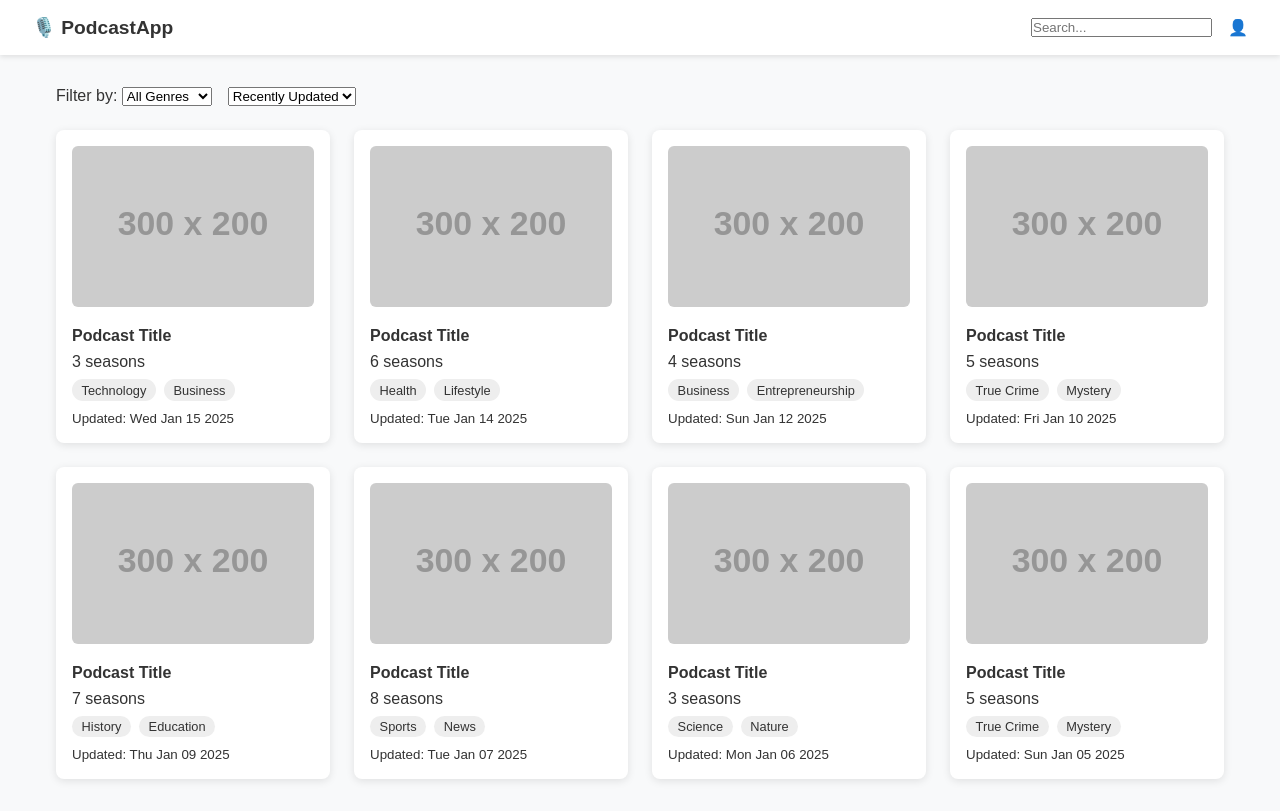
Repository: andajonas/ANDJON25111_fto2505_A_Anda-Jonas_DJS01
Page: index.html
These files come from the project's save history. The page is drawn as it stood at one moment and after the next save; the edit follows.
The browser window is 1280 px wide. The pictures show the whole page.

Above is the page before, as saved 2025-09-03 18:23:54.

### index.html
<!DOCTYPE html>
<html lang="en">
<head>
  <meta charset="UTF-8">
  <title>PodcastApp</title>
  <link rel="stylesheet" href="styles.css">
</head>
<body>
  <header class="navbar">
    <div class="logo">🎙️ PodcastApp</div>
    <div class="search-profile">
      <input type="text" placeholder="Search...">
      <div class="profile">👤</div>
    </div>
  </header>

  <main class="container">
    <!-- Filters -->
    <div class="filters">
      <label>Filter by:
        <select id="genreFilter">
          <option value="all">All Genres</option>
          <option value="Technology">Technology</option>
          <option value="Business">Business</option>
          <option value="Comedy">Comedy</option>
          <option value="History">History</option>
        </select>
      </label>
      <select id="sortFilter">
        <option value="recent">Recently Updated</option>
        <option value="seasons">Most Seasons</option>
      </select>
    </div>

    <!-- Podcast Grid -->
    <div id="podcastGrid" class="grid"></div>
  </main>

  <!-- Modal -->
  <div id="podcastModal" class="modal hidden">
    <div class="modal-content">
      <span class="close">&times;</span>
      <div id="modalBody"></div>
    </div>
  </div>

  <script src="app.js"></script>
</body>
</html>

### styles.css
* {
    box-sizing: border-box;
    margin: 0;
    padding: 0;
    font-family: Arial, sans-serif;
  }

  body {
    background: #f8f9fa;
    color: #333;
  }

  .navbar {
    display: flex;
    justify-content: space-between;
    align-items: center;
    padding: 1rem 2rem;
    background: white;
    box-shadow: 0 2px 5px rgba(0,0,0,0.1);
  }

  .logo {
    font-weight: bold;
    font-size: 1.2rem;
  }

  .search-profile {
    display: flex;
    align-items: center;
    gap: 1rem;
  }

  .container {
    max-width: 1200px;
    margin: 2rem auto;
    padding: 0 1rem;
  }

  .filters {
    display: flex;
    gap: 1rem;
    margin-bottom: 1.5rem;
  }

  .grid {
    display: grid;
    grid-template-columns: repeat(auto-fill, minmax(250px, 1fr));
    gap: 1.5rem;
  }

  .card {
    background: white;
    padding: 1rem;
    border-radius: 8px;
    box-shadow: 0 2px 8px rgba(0,0,0,0.1);
    cursor: pointer;
    transition: transform 0.2s ease;
  }
  .card:hover {
    transform: translateY(-5px);
  }

  .card img {
    width: 100%;
    border-radius: 6px;
    margin-bottom: 1rem;
  }

  .card .title {
    font-weight: bold;
    margin-bottom: 0.5rem;
  }

  .tags {
    display: flex;
    gap: 0.5rem;
    flex-wrap: wrap;
    margin: 0.5rem 0;
  }

  .tag {
    background: #eee;
    padding: 0.2rem 0.6rem;
    border-radius: 12px;
    font-size: 0.8rem;
  }

  /* Modal */
  .modal {
    position: fixed;
    top: 0;
    left: 0;
    width: 100%;
    height: 100%;
    background: rgba(0,0,0,0.6);
    display: flex;
    justify-content: center;
    align-items: center;
    z-index: 1000;
  }

  .modal.hidden {
    display: none;
  }

  .modal-content {
    background: white;
    width: 600px;
    max-width: 95%;
    padding: 2rem;
    border-radius: 10px;
    position: relative;
  }

  .modal-content img {
    width: 200px;
    margin-bottom: 1rem;
  }

  .close {
    position: absolute;
    right: 1rem;
    top: 1rem;
    font-size: 1.5rem;
    cursor: pointer;
  }
  /* Modal Layout */
.modal-content {
    background: white;
    width: 700px;
    max-width: 95%;
    padding: 2rem;
    border-radius: 12px;
    position: relative;
    max-height: 90vh;
    overflow-y: auto;
  }

  .modal-header {
    display: flex;
    gap: 1.5rem;
    margin-bottom: 1.5rem;
  }

  .modal-header img {
    width: 180px;
    height: 180px;
    border-radius: 8px;
    object-fit: cover;
  }

  .modal-details h2 {
    margin-bottom: 0.8rem;
  }

  .modal-details p {
    margin-bottom: 1rem;
    line-height: 1.5;
  }

  .modal-details .tags {
    margin: 0.5rem 0 1rem 0;
  }

  .updated {
    display: flex;
    align-items: center;
    gap: 0.5rem;
    font-size: 0.9rem;
    color: #555;
  }

  /* Seasons list */
  .seasons {
    margin-top: 2rem;
  }

  .season-item {
    border: 1px solid #ddd;
    border-radius: 8px;
    padding: 1rem;
    margin-bottom: 1rem;
    display: flex;
    justify-content: space-between;
    align-items: center;
  }

  .season-info {
    flex: 1;
  }

  .season-info h4 {
    margin-bottom: 0.4rem;
  }

  .season-episodes {
    font-size: 0.9rem;
    color: #666;
  }

### app.js
const podcasts = [
    {
      title: "Podcast Title",
      seasons: 3,
      genres: ["Technology", "Business"],
      updated: "2025-01-15",
      cover: "https://via.placeholder.com/300x200",
      description: "Join us every week as we dive into the latest technology trends, innovations, and industry insights. From artificial intelligence and machine learning to startup culture and digital transformation, we explore the forces shaping our digital future. Each episode features expert interviews, case studies, and actionable insights for professionals and enthusiasts alike.",
      seasonList: [
        { name: "Season 1: Getting Started", desc: "Introduction to the fundamentals", episodes: 12 },
        { name: "Season 2: Advanced Topics", desc: "Deep dives into complex subjects", episodes: 15 },
        { name: "Season 1: Industry Insights", desc: "Expert perspectives and case studies", episodes: 18 },
        { name: "Season 1: Future Trends", desc: "What's coming next in tech", episodes: 20 },
      ]
    },
    {
      title: "Podcast Title",
      seasons: 5,
      genres: ["True Crime", "Mystery"],
      updated: "2025-01-10",
      cover: "https://via.placeholder.com/300x200",
      description: "Join us every week as we dive into the latest technology trends, innovations, and industry insights. From artificial intelligence and machine learning to startup culture and digital transformation, we explore the forces shaping our digital future. Each episode features expert interviews, case studies, and actionable insights for professionals and enthusiasts alike.",
      seasonList: [
        { name: "Season 1: Getting Started", desc: "Introduction to the fundamentals", episodes: 12 },
        { name: "Season 2: Advanced Topics", desc: "Deep dives into complex subjects", episodes: 15 },
        { name: "Season 1: Industry Insights", desc: "Expert perspectives and case studies", episodes: 18 },
        { name: "Season 1: Future Trends", desc: "What's coming next in tech", episodes: 20 },
      ]
    },
    {
      title: "Podcast Title",
      seasons: 4,
      genres: ["Business", "Entrepreneurship"],
      updated: "2025-01-12",
      cover: "https://via.placeholder.com/300x200",
      description: "Join us every week as we dive into the latest technology trends, innovations, and industry insights. From artificial intelligence and machine learning to startup culture and digital transformation, we explore the forces shaping our digital future. Each episode features expert interviews, case studies, and actionable insights for professionals and enthusiasts alike.",
      seasonList: [
        { name: "Season 1: Getting Started", desc: "Introduction to the fundamentals", episodes: 12 },
        { name: "Season 2: Advanced Topics", desc: "Deep dives into complex subjects", episodes: 15 },
        { name: "Season 1: Industry Insights", desc: "Expert perspectives and case studies", episodes: 18 },
        { name: "Season 1: Future Trends", desc: "What's coming next in tech", episodes: 20 },
      ]
    },
    {
      title: "Podcast Title",
      seasons: 5,
      genres: ["True Crime", "Mystery"],
      updated: "2025-01-05",
      cover: "https://via.placeholder.com/300x200",
      description: "Join us every week as we dive into the latest technology trends, innovations, and industry insights. From artificial intelligence and machine learning to startup culture and digital transformation, we explore the forces shaping our digital future. Each episode features expert interviews, case studies, and actionable insights for professionals and enthusiasts alike.",
      seasonList: [
        { name: "Season 1: Getting Started", desc: "Introduction to the fundamentals", episodes: 12 },
        { name: "Season 2: Advanced Topics", desc: "Deep dives into complex subjects", episodes: 15 },
        { name: "Season 1: Industry Insights", desc: "Expert perspectives and case studies", episodes: 18 },
        { name: "Season 1: Future Trends", desc: "What's coming next in tech", episodes: 20 },
      ]
    },
    {
      title: "Podcast Title",
      seasons: 6,
      genres: ["Health", "Lifestyle"],
      updated: "2025-01-14",
      cover: "https://via.placeholder.com/300x200",
      description: "Join us every week as we dive into the latest technology trends, innovations, and industry insights. From artificial intelligence and machine learning to startup culture and digital transformation, we explore the forces shaping our digital future. Each episode features expert interviews, case studies, and actionable insights for professionals and enthusiasts alike.",
      seasonList: [
        { name: "Season 1: Getting Started", desc: "Introduction to the fundamentals", episodes: 12 },
        { name: "Season 2: Advanced Topics", desc: "Deep dives into complex subjects", episodes: 15 },
        { name: "Season 1: Industry Insights", desc: "Expert perspectives and case studies", episodes: 18 },
        { name: "Season 1: Future Trends", desc: "What's coming next in tech", episodes: 20 },
      ]
    },
    {
      title:"Podcast Title",
      seasons: 7,
      genres: ["History", "Education"],
      updated: "2025-01-09",
      cover: "https://via.placeholder.com/300x200",
      description: "Join us every week as we dive into the latest technology trends, innovations, and industry insights. From artificial intelligence and machine learning to startup culture and digital transformation, we explore the forces shaping our digital future. Each episode features expert interviews, case studies, and actionable insights for professionals and enthusiasts alike.",
      seasonList: [
        { name: "Season 1: Getting Started", desc: "Introduction to the fundamentals", episodes: 12 },
        { name: "Season 2: Advanced Topics", desc: "Deep dives into complex subjects", episodes: 15 },
        { name: "Season 1: Industry Insights", desc: "Expert perspectives and case studies", episodes: 18 },
        { name: "Season 1: Future Trends", desc: "What's coming next in tech", episodes: 20 },
      ]
    },
    {
      title: "Podcast Title",
      seasons: 8,
      genres: ["Sports", "News"],
      updated: "2025-01-07",
      cover: "https://via.placeholder.com/300x200",
      description: "Join us every week as we dive into the latest technology trends, innovations, and industry insights. From artificial intelligence and machine learning to startup culture and digital transformation, we explore the forces shaping our digital future. Each episode features expert interviews, case studies, and actionable insights for professionals and enthusiasts alike.",
      seasonList: [
        { name: "Season 1: Getting Started", desc: "Introduction to the fundamentals", episodes: 12 },
        { name: "Season 2: Advanced Topics", desc: "Deep dives into complex subjects", episodes: 15 },
        { name: "Season 1: Industry Insights", desc: "Expert perspectives and case studies", episodes: 18 },
        { name: "Season 1: Future Trends", desc: "What's coming next in tech", episodes: 20 },
      ]
    },
    {
      title: "Podcast Title",
      seasons: 3,
      genres: ["Science", "Nature"],
      updated: "2025-01-06",
      cover: "https://via.placeholder.com/300x200",
      description: "Join us every week as we dive into the latest technology trends, innovations, and industry insights. From artificial intelligence and machine learning to startup culture and digital transformation, we explore the forces shaping our digital future. Each episode features expert interviews, case studies, and actionable insights for professionals and enthusiasts alike.",
      seasonList: [
        { name: "Season 1: Getting Started", desc: "Introduction to the fundamentals", episodes: 12 },
        { name: "Season 2: Advanced Topics", desc: "Deep dives into complex subjects", episodes: 15 },
        { name: "Season 1: Industry Insights", desc: "Expert perspectives and case studies", episodes: 18 },
        { name: "Season 1: Future Trends", desc: "What's coming next in tech", episodes: 20 },
      ]
    },
  ];

  // Elements
  const grid = document.getElementById("podcastGrid");
  const modal = document.getElementById("podcastModal");
  const modalBody = document.getElementById("modalBody");
  const closeBtn = document.querySelector(".close");
  const genreFilter = document.getElementById("genreFilter");
  const sortFilter = document.getElementById("sortFilter");

  // Render podcast cards
  function renderGrid(list) {
    grid.innerHTML = "";
    list.forEach(p => {
      const card = document.createElement("div");
      card.className = "card";
      card.innerHTML = `
        <img src="${p.cover}" alt="cover">
        <div class="title">${p.title}</div>
        <div>${p.seasons} seasons</div>
        <div class="tags">${p.genres.map(g => `<span class="tag">${g}</span>`).join("")}</div>
        <small>Updated: ${new Date(p.updated).toDateString()}</small>
      `;
      card.onclick = () => openModal(p);
      grid.appendChild(card);
    });
  }

  function openModal(p) {
    modal.classList.remove("hidden");
    modalBody.innerHTML = `
      <div class="modal-header">
        <img src="${p.cover}" alt="cover">
        <div class="modal-details">
          <h2>${p.title}</h2>
          <p>${p.description}</p>
          <div class="tags">${p.genres.map(g => `<span class="tag">${g}</span>`).join("")}</div>
          <div class="updated">📅 Last updated: ${new Date(p.updated).toDateString()}</div>
        </div>
      </div>

      <div class="seasons">
        <h3>Seasons</h3>
        ${p.seasonList.map(s => `
          <div class="season-item">
            <div class="season-info">
              <h4>${s.name}</h4>
              <p>${s.desc}</p>
            </div>
            <div class="season-episodes">${s.episodes} episodes</div>
          </div>
        `).join("")}
      </div>
    `;
  }


  // Close modal
  closeBtn.onclick = () => modal.classList.add("hidden");
  modal.onclick = e => { if (e.target === modal) modal.classList.add("hidden"); };

  // Filters
  function applyFilters() {
    let filtered = [...podcasts];
    const genre = genreFilter.value;
    const sort = sortFilter.value;

    if (genre !== "all") {
      filtered = filtered.filter(p => p.genres.includes(genre));
    }

    if (sort === "recent") {
      filtered.sort((a, b) => new Date(b.updated) - new Date(a.updated));
    } else if (sort === "seasons") {
      filtered.sort((a, b) => b.seasons - a.seasons);
    }

    renderGrid(filtered);
  }

  genreFilter.onchange = applyFilters;
  sortFilter.onchange = applyFilters;

  // Init
  applyFilters();

After the next save:
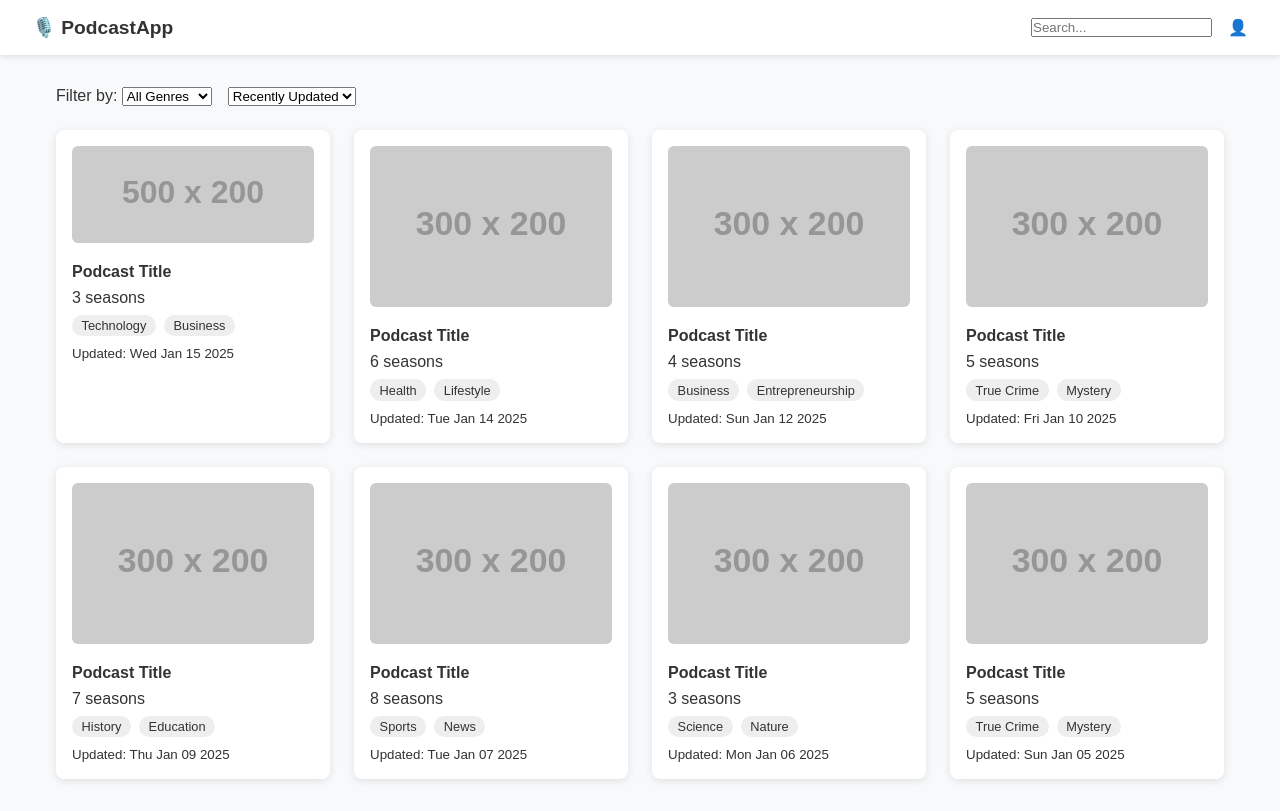
Saved 74 s later.
--- a/app.js
+++ b/app.js
@@ -4,7 +4,7 @@
       seasons: 3,
       genres: ["Technology", "Business"],
       updated: "2025-01-15",
-      cover: "https://via.placeholder.com/300x200",
+      cover: "https://via.placeholder.com/500x200",
       description: "Join us every week as we dive into the latest technology trends, innovations, and industry insights. From artificial intelligence and machine learning to startup culture and digital transformation, we explore the forces shaping our digital future. Each episode features expert interviews, case studies, and actionable insights for professionals and enthusiasts alike.",
       seasonList: [
         { name: "Season 1: Getting Started", desc: "Introduction to the fundamentals", episodes: 12 },

After the save that followed:
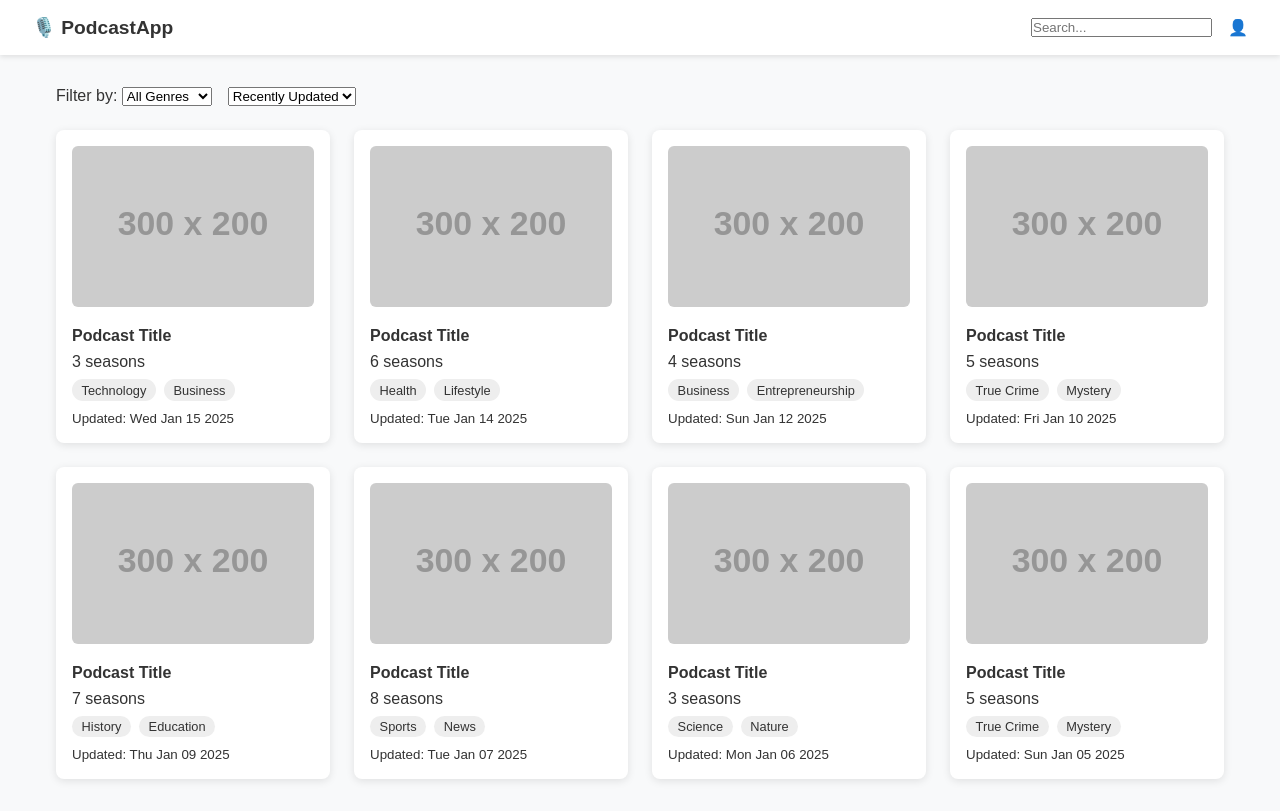
Saved 12 s later.
--- a/app.js
+++ b/app.js
@@ -4,7 +4,7 @@
       seasons: 3,
       genres: ["Technology", "Business"],
       updated: "2025-01-15",
-      cover: "https://via.placeholder.com/500x200",
+      cover: "https://via.placeholder.com/300x200",
       description: "Join us every week as we dive into the latest technology trends, innovations, and industry insights. From artificial intelligence and machine learning to startup culture and digital transformation, we explore the forces shaping our digital future. Each episode features expert interviews, case studies, and actionable insights for professionals and enthusiasts alike.",
       seasonList: [
         { name: "Season 1: Getting Started", desc: "Introduction to the fundamentals", episodes: 12 },
